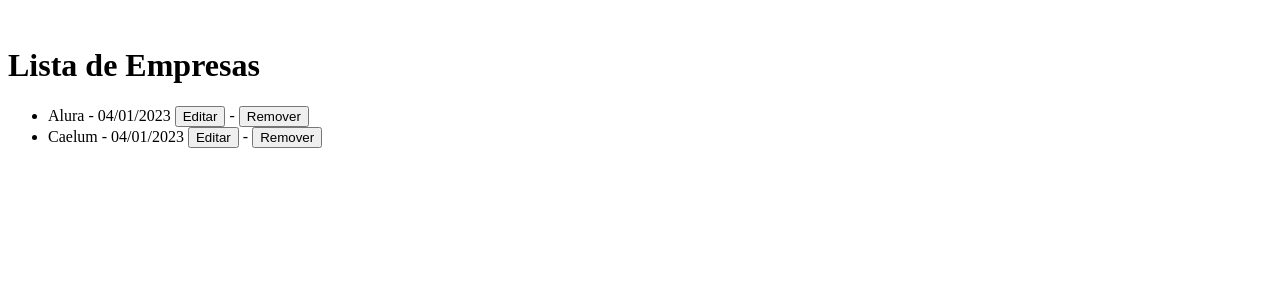
Repository: DerickLFAndrade/Aplicacao_Java_Web_Servlet_TomCat
Page: http://localhost/gerenciador/listaEmpresas
An editor plug-in stored every save of this project. The page is shown before and after the next save, followed by the edit.
The browser window is 1280 px wide. The pictures show the whole page.
The page is served by Tomcat 9. Other server files are loaded and not shown.

Above is the page before, as saved 2023-01-08 17:57:12.

### gerenciador/WebContent/listaEmpresas.jsp
<%@ page language="java" contentType="text/html; charset=ISO-8859-1"
    pageEncoding="ISO-8859-1"%>
<%@
page import = "java.util.List, br.com.alura.gerenciador.servlet.Empresa"
%>
<%@ taglib uri="http://java.sun.com/jsp/jstl/core" prefix="c" %>

<%@ taglib uri="http://java.sun.com/jsp/jstl/fmt" prefix="fmt" %>

<c:url value="/deletarEditarEmpresas" var = "linkDeletarEditarEmpresas"/>
<!DOCTYPE html>
<html>
<head>
<meta charset="ISO-8859-1">
<title>Lista de Empresas</title>
</head>
<body>
	<c:if test="${not empty empresa}">
		<h1>Cadastrando nova empresa ${empresa}</h1>
	</c:if>

	<br>

	<h1>Lista de Empresas</h1>




	<form action="${linkDeletarEditarEmpresas}" method="post">
		<ul>
			<c:forEach items="${empresas}" var="empresa">
				<li>${empresa.nome} - <fmt:formatDate value="${empresa.dataAbertura}" pattern="dd/MM/yyyy"/>
				<button type="submit" name="remover">Editar</button> - <button type="submit" name="remover">Remover</button>
				<br>
				</li>

			</c:forEach>
		</ul>
	</form>

</body>
</html>

### gerenciador/src/br/com/alura/gerenciador/servlet/ListaEmpresaServlet.java
package br.com.alura.gerenciador.servlet;

import java.io.IOException;
import java.util.List;

import javax.servlet.RequestDispatcher;
import javax.servlet.ServletException;
import javax.servlet.annotation.WebServlet;
import javax.servlet.http.HttpServlet;
import javax.servlet.http.HttpServletRequest;
import javax.servlet.http.HttpServletResponse;


@WebServlet("/listaEmpresas")
public class ListaEmpresaServlet extends HttpServlet {
	private static final long serialVersionUID = 1L;


	protected void service(HttpServletRequest request, HttpServletResponse response) throws ServletException, IOException {
		Banco banco = new Banco();
		List<Empresa> list = banco.getEmpresas();
		request.setAttribute("empresas", list);
		RequestDispatcher rd = request.getRequestDispatcher("/listaEmpresas.jsp");
		rd.forward(request, response);
	}

}

### gerenciador/src/br/com/alura/gerenciador/servlet/Banco.java
package br.com.alura.gerenciador.servlet;

import java.util.ArrayList;
import java.util.Date;
import java.util.List;

public class Banco {

	private static List<Empresa> listEmpresa = new ArrayList<>();

	static {
		  Empresa empresa = new Empresa(1, "Alura", new Date());
		  Empresa empresa2 = new Empresa(2, "Caelum", new Date());
		  Banco.listEmpresa.add(empresa);
		  Banco.listEmpresa.add(empresa2);
		}

	public void addEmpresa(Empresa emp) {
		Banco.listEmpresa.add(emp);
	}
	public List<Empresa> getEmpresas(){
		return Banco.listEmpresa;
	}
}

### gerenciador/src/br/com/alura/gerenciador/servlet/Empresa.java
package br.com.alura.gerenciador.servlet;

import java.util.Date;

public class Empresa {

	private Integer id;
	private String nome;
	private Date dataAbertura;

	public Empresa(Integer id, String nome, Date dataAbertura) {
		this.id = id;
		this.nome = nome;
		this.dataAbertura = dataAbertura;
	}
	public int getId() {
		return id;
	}
	public void setId(int id) {
		this.id = id;
	}
	public String getNome() {
		return nome;
	}
	public void setNome(String nome) {
		this.nome = nome;
	}
	public Date getDataAbertura() {
		return dataAbertura;
	}
	public void setDataAbertura(Date dataAbertura) {
		this.dataAbertura = dataAbertura;
	}


}

After the next save:
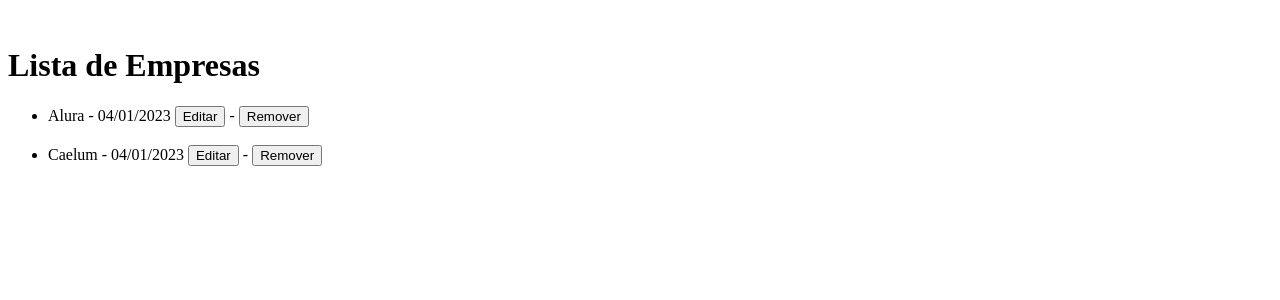
Saved 10 s later.
--- a/gerenciador/WebContent/listaEmpresas.jsp
+++ b/gerenciador/WebContent/listaEmpresas.jsp
@@ -31,8 +31,9 @@
 			<c:forEach items="${empresas}" var="empresa">
 				<li>${empresa.nome} - <fmt:formatDate value="${empresa.dataAbertura}" pattern="dd/MM/yyyy"/>
 				<button type="submit" name="remover">Editar</button> - <button type="submit" name="remover">Remover</button>
+
+				</li>
 				<br>
-				</li>
 
 			</c:forEach>
 		</ul>
